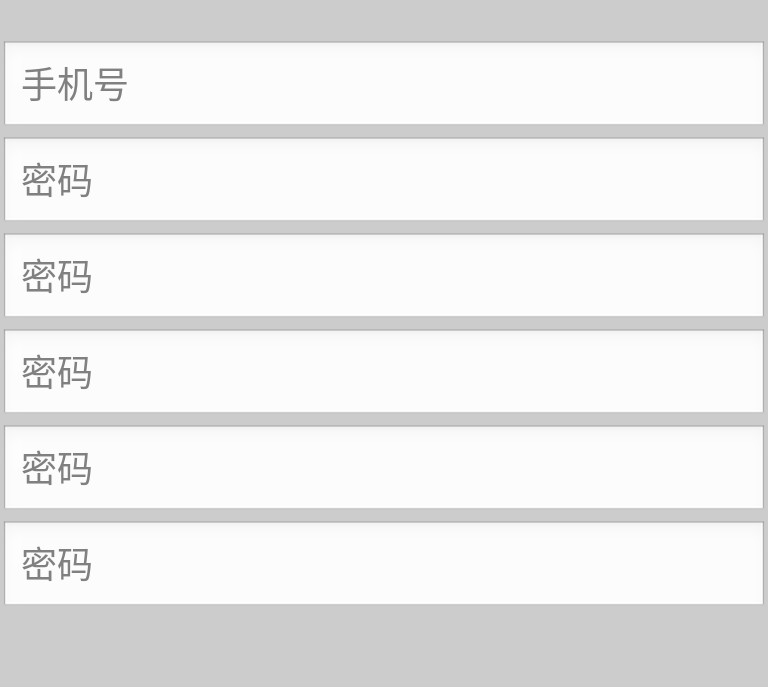
Repository: ligl/YuZhong
Layout: YuZhong/res/layout/process_user.xml
An editor plug-in stored every save of this project. The layout is shown before and after the next save, followed by the edit.
The pictures show rows 593 to 1280 of an output 1280 px tall.
It is drawn on a 768 x 1280 px phone screen (xhdpi) without system bars, with theme android:Theme.Black.NoTitleBar; the app's code is not run.

Above is the layout before, as saved 2012-08-01 15:10:12.

After the next save:
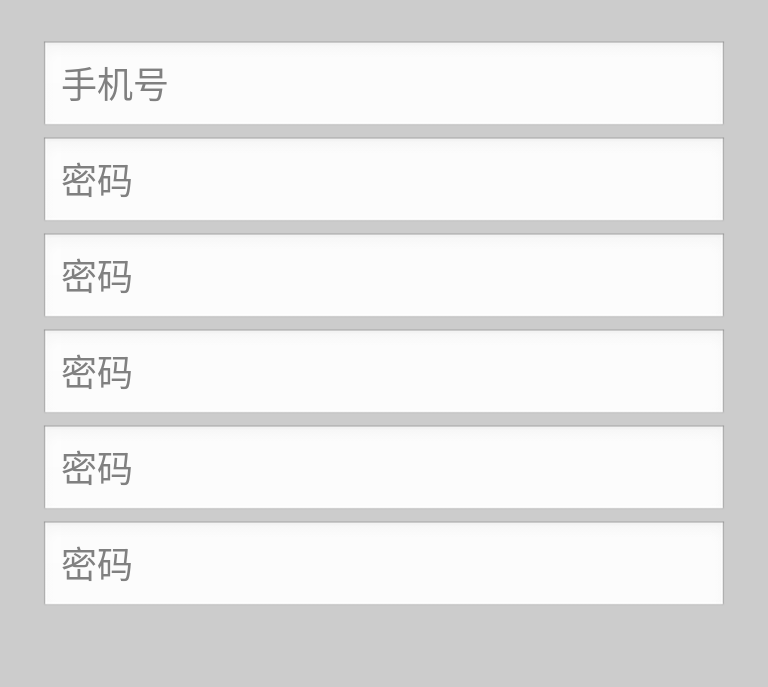
Saved 28 s later.
--- a/YuZhong/res/layout/process_user.xml
+++ b/YuZhong/res/layout/process_user.xml
@@ -64,6 +64,8 @@
         <LinearLayout
             android:layout_width="match_parent"
             android:layout_height="wrap_content"
+            android:layout_marginLeft="20dp"
+            android:layout_marginRight="20dp"
             android:orientation="vertical" >
 
             <EditText
